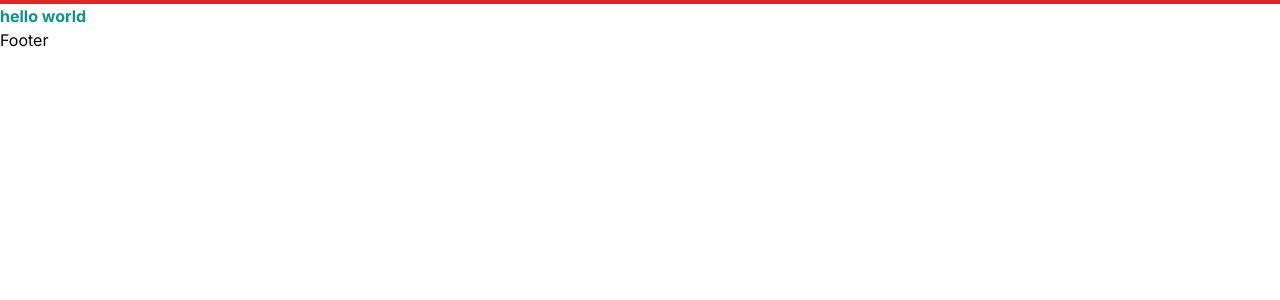
Repository: martin-raphael/travel_agency
Page: /
The author's editor kept a copy of each file at every save. The page is drawn from the files as they stood at one save, then again after the next save.
The browser window is 1280 px wide. The pictures show the whole page.
The project was rebuilt for these pictures with package versions that can differ from the ones it lists, and the page was loaded fresh each time. The framework's server and built-in components were replaced by stand-ins that run in the browser. Also part of the build but not shown: next.config.mjs.

Above is the page before, as saved 2024-08-08 16:11:50.

After the next save:
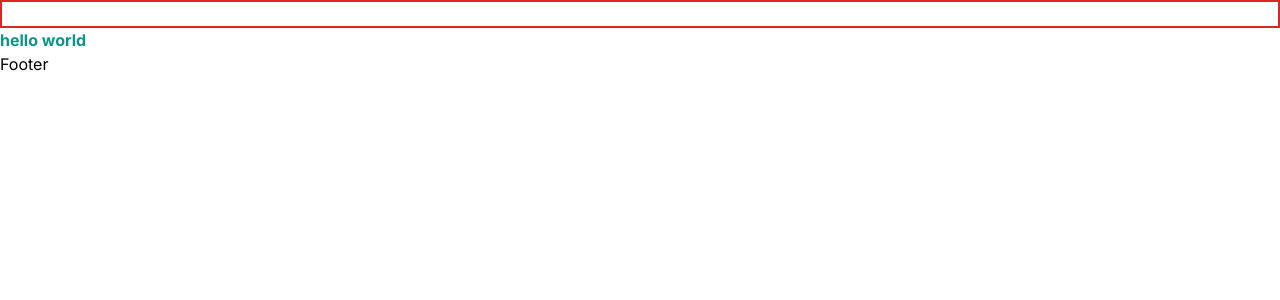
Saved 5 min 45 s later.
--- a/components/Navbar.tsx
+++ b/components/Navbar.tsx
@@ -2,7 +2,7 @@ import React from 'react'
 
 const Navbar = () => {
   return (
-    <nav className='border-2 border-red-600'></nav>
+    <nav className='border-2 border-red-600 justify-between max-container padding-container relative z-30 py-3'></nav>
   )
 }
 
